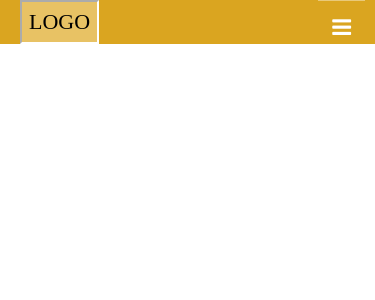
Repository: albayrakfatih/Flex-Navbar
Page: navbar-w-flexbox.html
The author's editor kept a copy of each file at every save. The page is drawn from the files as they stood at one save, then again after a run of saves.
The browser window is 375 px wide. The pictures show the whole page.

Above is the page before, as saved 2023-05-09 21:13:08.

### navbar-w-flexbox.html
<!DOCTYPE html>
<html lang="en">
<head>
    <meta charset="UTF-8">
    <meta http-equiv="X-UA-Compatible" content="IE=edge">
    <meta name="viewport" content="width=device-width, initial-scale=1.0">
    <link rel="stylesheet" href="styles.css">
    <link rel="stylesheet" href="https://cdnjs.cloudflare.com/ajax/libs/font-awesome/4.7.0/css/font-awesome.min.css">
    <title>Navbar With Flexbox</title>
</head>
<body>


    <nav id="navId" class="responsive">
        <a href="" class="logo">LOGO</a>
        <ul class="navigation">
            <li><a href="#">Home</a></li>
            <li><a href="#">About</a></li>
            <li><a href="#">Products</a></li>
            <li><a href="#">Contact</a></li>
            <li><a href="#" onclick="displayMenu()">
                <i class="fa fa-bars"></i>
            </a></li>

        </ul>
    </nav>


    <script>
        function displayMenu(){
            var link=document.getElementById("navId");
            link.classList.toggle("responsive");
        }
    </script>

</body>
</html>

### styles.css
*{
    padding: 0;
    margin: 0;
}

nav{
    display: flex;
    justify-content: space-between;
    background: goldenrod;
    padding: 0 20px;
}



nav a{
    align-self: center;
    text-decoration: none;
    font-size: 22px;
    color: #fff;
}

.navigation{
    list-style-type: none;
    display: flex;
}
.navigation a{
    display: block;
    padding: 14px;
    text-align: center;
}
.navigation a:hover{
    background:  #e8c264;
    border-radius: 20px;
}
.navigation li:last-child{
    display: none;
}

.logo{
    border: 2px inset #fff;
    padding:7px;
    background: #e8c264;
    color: black;
}


@media (max-width:570px){
    .logo{
        border: 2px inset #fff;
        padding:7px;
        background: #e8c264;
        color: black;
        margin: auto 0;
    }
    nav{
        flex-direction: column;
        position: relative;
        /* height: 53.6px; */
    }
    nav a{
        padding: 14px;
    }

    .navigation{
        flex-direction: column;
    }
    .navigation a{
        border-top: 1px solid rgba(255,255,255,0.4);
        border-bottom: 1px solid rgba(0,0,0,0.1);
    }
    .navigation li:last-child{
        display: block;
        position: absolute;
        top: 0;
        right: 10px;
    }
    .responsive .navigation li:not(:last-child){
        display:none;
    }
    nav a{
        align-self: flex-start;
    }
    .navigation li:last-child a{
        border-bottom: none;
    }



}

After the next 2 saves:
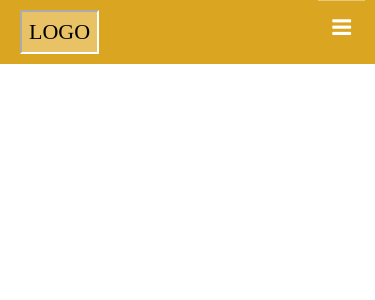
The 2 saves are shown as one change because they came seconds apart.
The last was saved 50 s later.
--- a/styles.css
+++ b/styles.css
@@ -50,7 +50,7 @@
         padding:7px;
         background: #e8c264;
         color: black;
-        margin: auto 0;
+        margin: 10px 0;
     }
     nav{
         flex-direction: column;

After the save that followed:
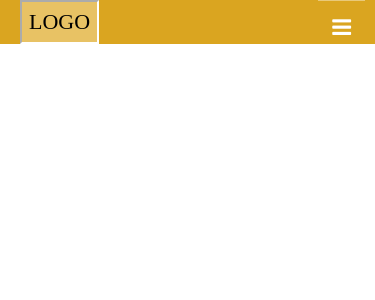
Saved 34 s later.
--- a/styles.css
+++ b/styles.css
@@ -50,7 +50,7 @@
         padding:7px;
         background: #e8c264;
         color: black;
-        margin: 10px 0;
+        margin: auto 0;
     }
     nav{
         flex-direction: column;
